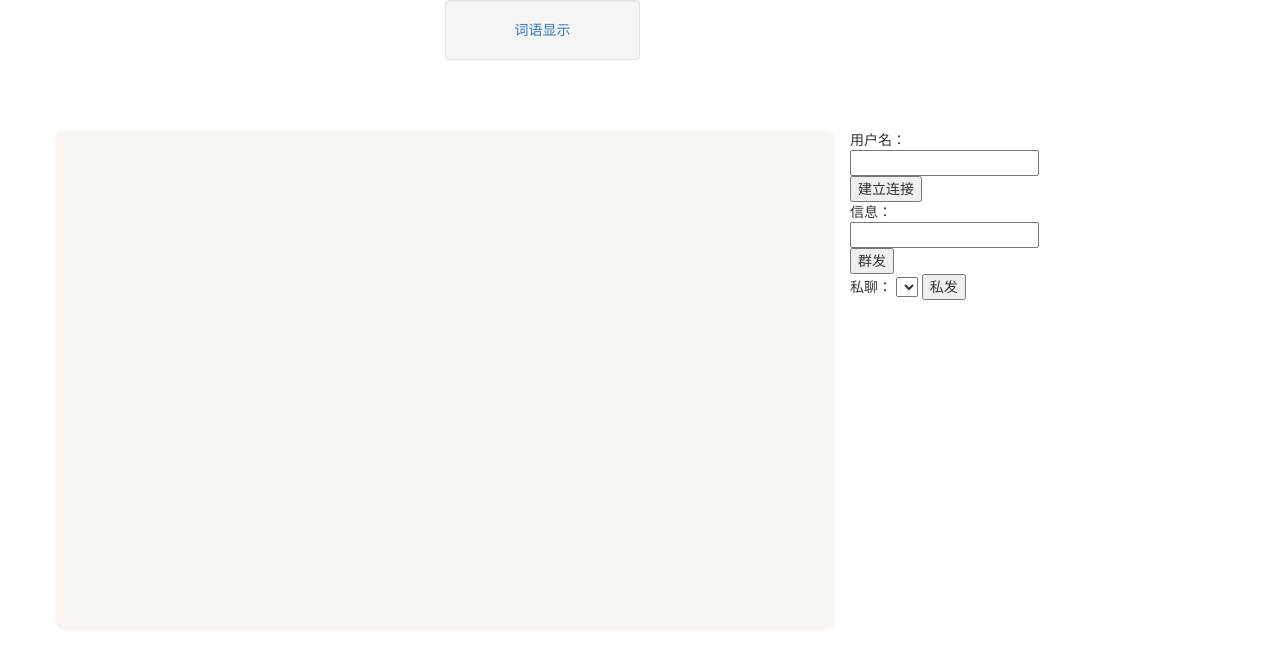
Repository: eheihaha2/whoisthespy-
Page: webDemo/WebContent/room.html
An editor plug-in stored every save of this project. The page is shown before and after the next save, followed by the edit.
The browser window is 1280 px wide. The pictures show the whole page.

Above is the page before, as saved 2020-02-26 01:50:32.

After the next save:
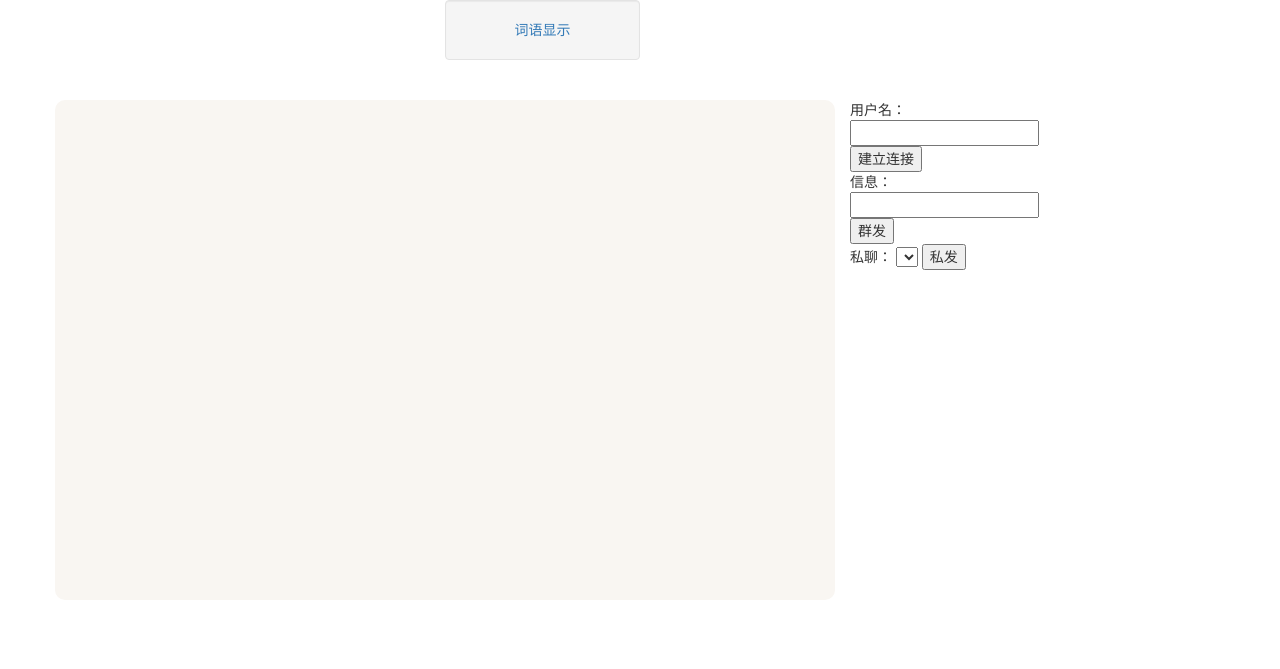
Saved 12 s later.
--- a/webDemo/WebContent/room.html
+++ b/webDemo/WebContent/room.html
@@ -9,12 +9,12 @@
 			margin-right:0;
 			background-color:#f9f6f2;
 			height: 500px;
-			margin-top:50px;
+			margin-top:20px;
 			border-radius: 10px;
 		}
 		.mss{
 			margin-right:0;
-			margin-top:50px;
+			margin-top:20px;
 			border-radius: 10px;
 		}
 }
